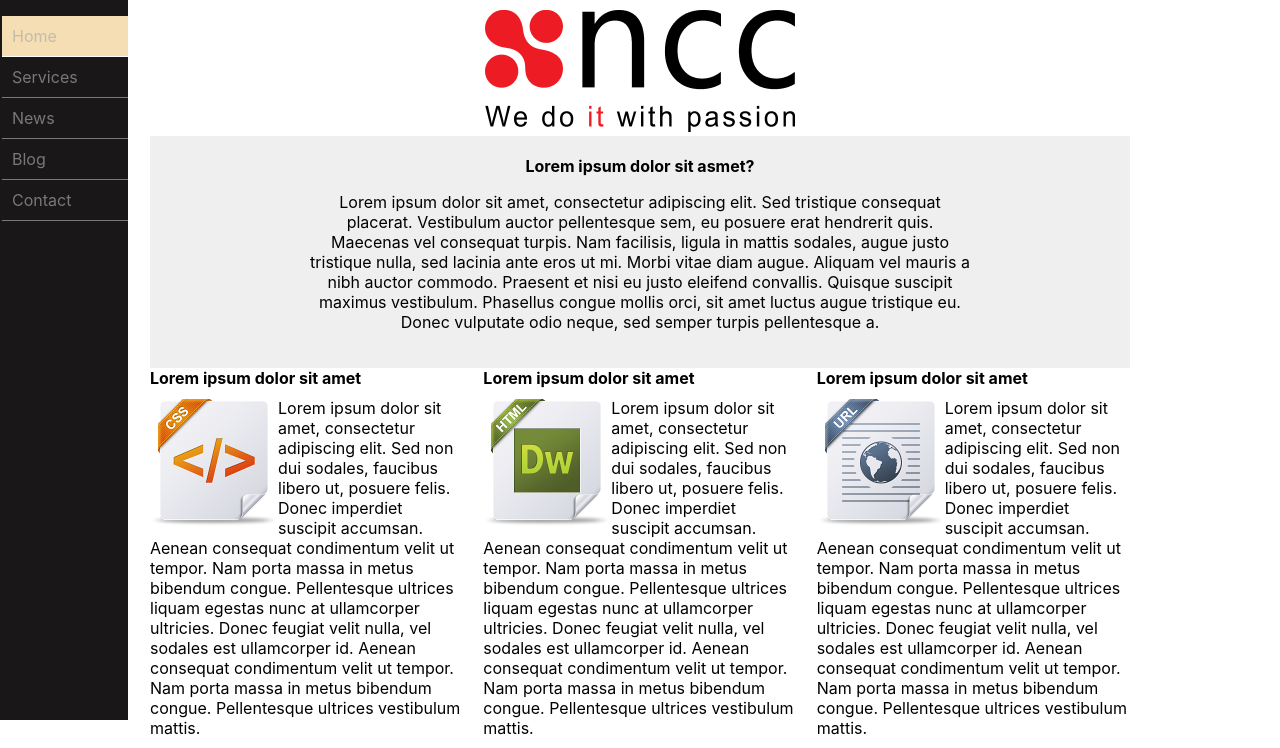
Repository: nganha241/testt
Page: /
The author's editor kept a copy of each file at every save. The page is drawn from the files as they stood at one save, then again after the next save.
The browser window is 1280 px wide. The pictures show the whole page.
The pointer rests on the first visible `.nav-content li`.
The project was rebuilt for these pictures with package versions that can differ from the ones it lists, and the page was loaded fresh each time.

Above is the page before, as saved 2023-02-28 11:40:20.

### src/App.js
import React from "react";
import Home from "./pages/Home";
import Navbar from "./pages/Navbar/Navbar";

export const App = () => {
  return (
    <div>
      <Navbar />
      <Home />
    </div>
  );
};

export default App;

### src/pages/Home.jsx
import logo from "./logoNCC.png";
import "./home.css";
import Card from "./home-card/Card";
import htmlic from "./html-icon.png";
import urlic from "./url-icon.png";
import cssic from "./css-icon.png";
const Home = () => {
  return (
    <section className="home">
      <div className="home-title">
        <img src={logo} alt="" />
      </div>
      <div className="home-content">
        <div className="content-title">Lorem ipsum dolor sit asmet?</div>
        <p>
          Lorem ipsum dolor sit amet, consectetur adipiscing elit. Sed tristique
          consequat placerat. Vestibulum auctor pellentesque sem, eu posuere
          erat hendrerit quis. Maecenas vel consequat turpis. Nam facilisis,
          ligula in mattis sodales, augue justo tristique nulla, sed lacinia
          ante eros ut mi. Morbi vitae diam augue. Aliquam vel mauris a nibh
          auctor commodo. Praesent et nisi eu justo eleifend convallis. Quisque
          suscipit maximus vestibulum. Phasellus congue mollis orci, sit amet
          luctus augue tristique eu. Donec vulputate odio neque, sed semper
          turpis pellentesque a.
        </p>
      </div>
      <div className="home-card">
        <Card icon={cssic} />
        <Card icon={htmlic} />
        <Card icon={urlic} />
      </div>
    </section>
  );
};

export default Home;

### src/pages/Navbar/Navbar.jsx
import React from "react";
import "./Navbar.css";

const Navbar = () => {
  return (
    <div className="nav">
      <ul className="nav-content">
        <li>
          <a href="#">Home</a>
        </li>
        <li>
          <a href="#">Services</a>
        </li>
        <li>
          <a href="#">News</a>
        </li>
        <li>
          <a href="#">Blog</a>
        </li>
        <li>
          <a href="#">Contact</a>
        </li>
      </ul>
    </div>
  );
};

export default Navbar;

### src/pages/home.css
.home {
  margin: 0 auto;
  padding: 10px 150px;
}
.home-title {
  text-align: center;
}
.home-content {
  text-align: center;
  background: #efefef;
  padding: 20px 160px;
  font-size: 16px;
}
.content-title {
  font-weight: bold;
}
.home-card {
  display: flex;
  gap: 20px;
}

### src/pages/home-card/Card.jsx
import React from "react";

import "./Card.css";

const Card = (props) => {
  const { icon } = props;
  return (
    <div className="card">
      <div className="card-title">Lorem ipsum dolor sit amet</div>
      <div className="card-content">
        <img src={icon} alt="" />
        <span className="card-text">
          Lorem ipsum dolor sit amet, consectetur adipiscing elit. Sed non dui
          sodales, faucibus libero ut, posuere felis. Donec imperdiet suscipit
          accumsan. Aenean consequat condimentum velit ut tempor. Nam porta
          massa in metus bibendum congue. Pellentesque ultrices liquam egestas
          nunc at ullamcorper ultricies. Donec feugiat velit nulla, vel sodales
          est ullamcorper id. Aenean consequat condimentum velit ut tempor. Nam
          porta massa in metus bibendum congue. Pellentesque ultrices vestibulum
          mattis.
        </span>
      </div>
    </div>
  );
};

export default Card;

### src/pages/Navbar/Navbar.css
.nav {
  position: fixed;
  top: 0;
  left: -38px;
  height: 100%;
  background: #191718;
}
.nav-content {
  /* padding: 10px; */
  color: #aaaa;
}
.nav-content li {
  border-bottom: 1px solid;
  list-style-type: none;
  padding: 10px 50px 10px 10px;
}

.nav-content li:hover {
  color: #fff;
  background: wheat;
}
.nav-content li a {
  color: #aaaa;
  text-decoration: none;
}

### src/pages/home-card/Card.css
.card-title {
  font-weight: bold;
  margin-bottom: 10px;
}
/* .card-content {
  display: flex;
} */
.card-content img {
  width: 128px;
  height: 128px;
  object-fit: cover;
  float: left;
}

.card-text {
  margin-top: 10px;
  text-align: left;
  font-size: 16px;
}

Loaded but not shown: public/index.html (common file); src/index.js (common file); src/index.css (common file); public/manifest.json (common file)

After the next save:
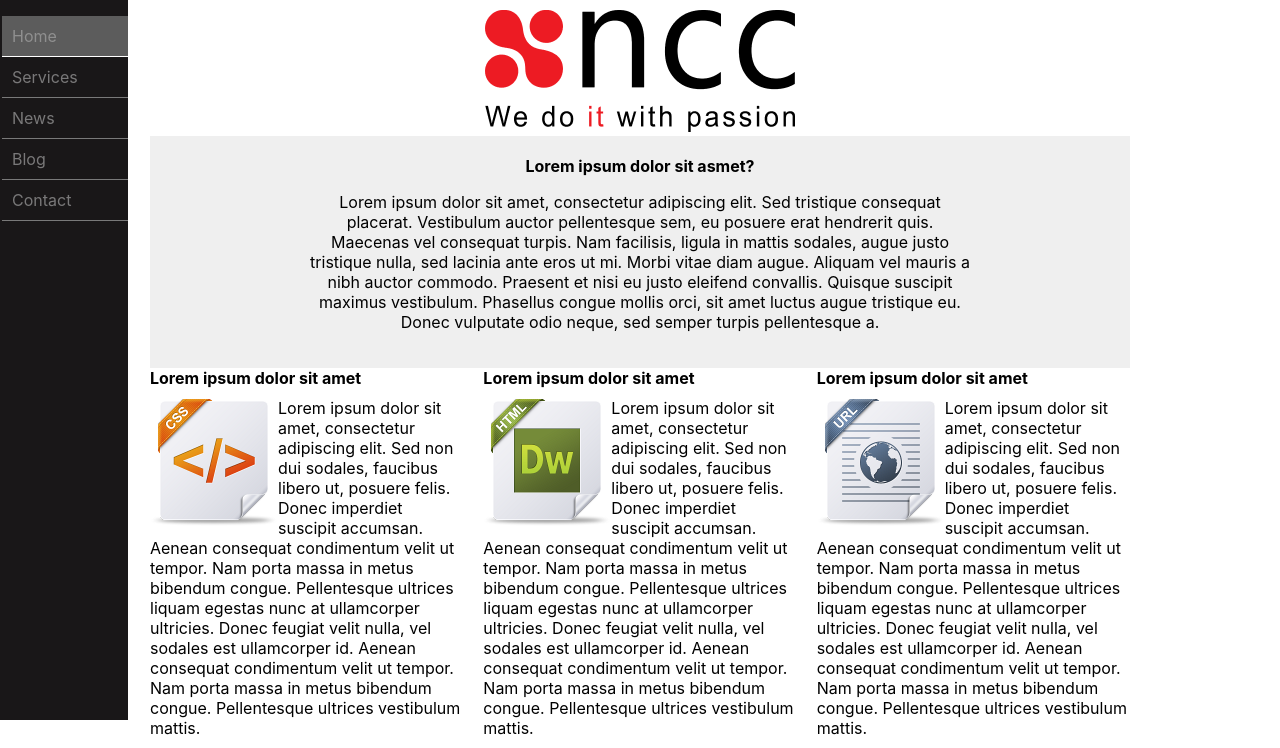
Saved 19 s later.
--- a/src/pages/Navbar/Navbar.css
+++ b/src/pages/Navbar/Navbar.css
@@ -17,7 +17,7 @@
 
 .nav-content li:hover {
   color: #fff;
-  background: wheat;
+  background: #5c5c5c;
 }
 .nav-content li a {
   color: #aaaa;
